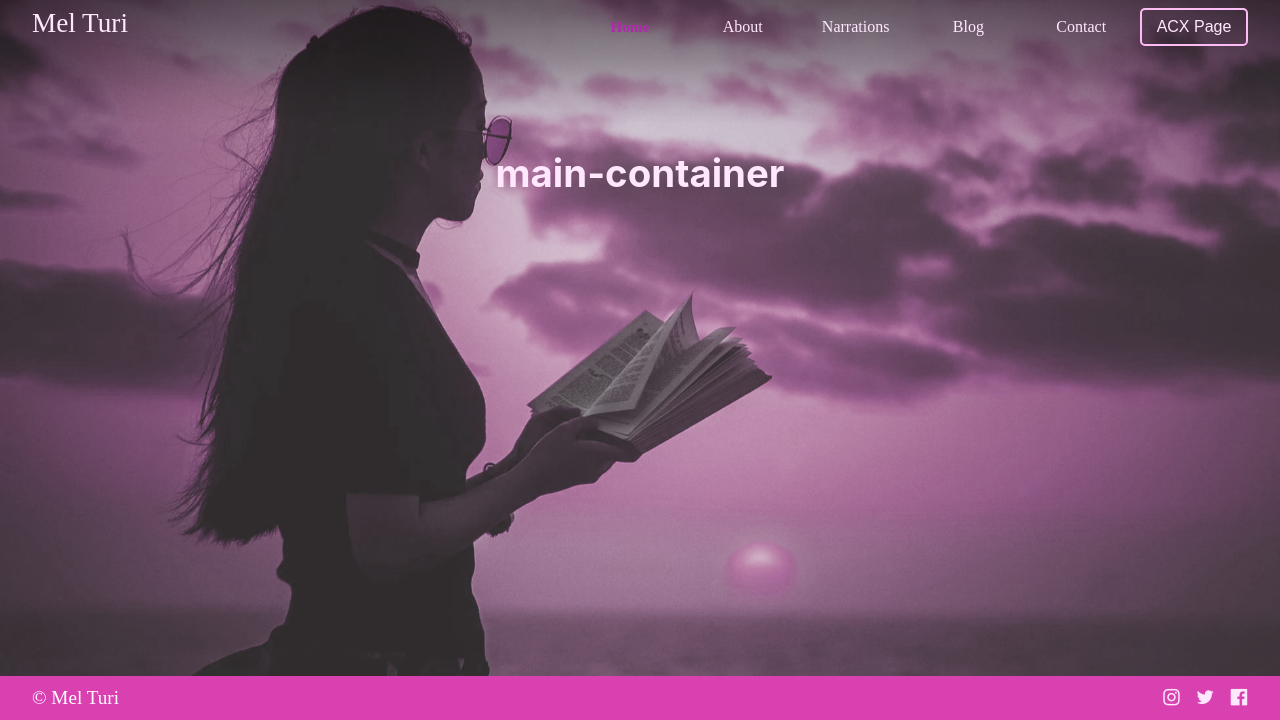
Repository: mel-turi/mel-turi-website
Page: /
These files come from the project's save history. The page is drawn as it stood at one moment and after the next save; the edit follows.
The browser window is 1280 px wide. The pictures show the whole page.
Some web fonts or font styles are not loaded; a fallback is used. The project was rebuilt for these pictures with package versions that can differ from the ones it lists, and the page was loaded fresh each time. Also part of the build but not shown: src/About.js, src/Narrations.js, src/Blog.js, src/Contact.js.

Above is the page before, as saved 2019-08-24 16:11:15.

### public/index.html
<!DOCTYPE html>
<html lang="en">
  <head>
    <meta charset="utf-8" />
    <link rel="apple-touch-icon" sizes="57x57" href="/apple-icon-57x57.png" />
    <link rel="apple-touch-icon" sizes="60x60" href="/apple-icon-60x60.png" />
    <link rel="apple-touch-icon" sizes="72x72" href="/apple-icon-72x72.png" />
    <link rel="apple-touch-icon" sizes="76x76" href="/apple-icon-76x76.png" />
    <link
      rel="apple-touch-icon"
      sizes="114x114"
      href="/apple-icon-114x114.png"
    />
    <link
      rel="apple-touch-icon"
      sizes="120x120"
      href="/apple-icon-120x120.png"
    />
    <link
      rel="apple-touch-icon"
      sizes="144x144"
      href="/apple-icon-144x144.png"
    />
    <link
      rel="apple-touch-icon"
      sizes="152x152"
      href="/apple-icon-152x152.png"
    />
    <link
      rel="apple-touch-icon"
      sizes="180x180"
      href="/apple-icon-180x180.png"
    />
    <link
      rel="icon"
      type="image/png"
      sizes="192x192"
      href="/android-icon-192x192.png"
    />
    <link rel="icon" type="image/png" sizes="32x32" href="/favicon-32x32.png" />
    <link rel="icon" type="image/png" sizes="96x96" href="/favicon-96x96.png" />
    <link rel="icon" type="image/png" sizes="16x16" href="/favicon-16x16.png" />
    <link rel="manifest" href="/manifest.json" />
    <meta name="msapplication-TileColor" content="#ffffff" />
    <meta name="msapplication-TileImage" content="/ms-icon-144x144.png" />
    <meta name="theme-color" content="#ffffff" />
    <meta name="viewport" content="width=device-width, initial-scale=1" />
    <meta name="description" content="Portfolio website for Mel Turi" />
    <link
      href="https://fonts.googleapis.com/css?family=Sail&display=swap"
      rel="stylesheet"
    />
    <link
      href="https://stackpath.bootstrapcdn.com/font-awesome/4.7.0/css/font-awesome.min.css"
      rel="stylesheet"
      integrity="sha384-wvfXpqpZZVQGK6TAh5PVlGOfQNHSoD2xbE+QkPxCAFlNEevoEH3Sl0sibVcOQVnN"
      crossorigin="anonymous"
    />
    <link rel="apple-touch-icon" href="logo192.png" />

    <link rel="manifest" href="%PUBLIC_URL%/manifest.json" />

    <title>Mel Turi | Audible Narrator</title>
  </head>
  <body>
    <noscript>You need to enable JavaScript to run this app.</noscript>
    <div id="root"></div>
  </body>
</html>

### src/index.css
:root {
  --light-primary-color: #ffe8fe;
  --light-secondary-color: #fffdff;
  --dark-primary-color: #d941b1;
  --dark-secondary-color: #b524b0;
}

body {
  text-decoration: none;
  text-decoration-color: none;
  margin: 0;
  padding: 0;
  font-family: -apple-system, BlinkMacSystemFont, 'Segoe UI', 'Roboto', 'Oxygen',
    'Ubuntu', 'Cantarell', 'Fira Sans', 'Droid Sans', 'Helvetica Neue',
    sans-serif;
  -webkit-font-smoothing: antialiased;
  -moz-osx-font-smoothing: grayscale;
}

body a {
  text-decoration: none;
  color: var(--light-primary-color);
  transition: 0.6s;
}

a:hover,
.active {
  font-weight: bold;
  font-size: 95%;
}

.active {
  color: var(--dark-secondary-color);
}

code {
  font-family: source-code-pro, Menlo, Monaco, Consolas, 'Courier New',
    monospace;
}

.wrapper {
  background: url(./assets/bg-main-1.png) no-repeat center center fixed;
  background-size: cover;
  z-index: 2;
  display: grid;
  grid-template-rows: auto 1fr auto;
  align-items: space-between;
  min-height: 100vh;
  overflow: auto;
}

/*
*
* Header
*
*/

.nav-wrapper {
  color: var(--light-primary-color);
  font-family: 'Sail', cursive;
  height: 15vh;
  display: grid;
  grid-template-columns: 1fr 6fr;
  align-items: start;
  justify-content: space-between;
  margin: 0;
  padding: 0.5rem 0 0.5rem 0;
  background: linear-gradient(
    rgba(0, 0, 0, 0.45),
    rgba(0, 0, 0, 0.35),
    rgba(0, 0, 0, 0.25),
    rgba(0, 0, 0, 0.1),
    rgba(0, 0, 0, 0)
  );
}

.title {
  font-size: 1.7rem;
  padding-left: 2rem;
  justify-self: start;
}
.main-navigation {
  color: var(--light-primary-color);
  justify-self: end;
  padding-right: 2rem;
}
.main-navigation > ul {
  display: grid;
  grid-template-columns: 1fr 1fr 1fr 1fr 1fr 1fr;
  grid-column-gap: 0.3rem;
  justify-items: center;
  align-items: center;
  margin: 0;
  padding: 0;
  list-style-type: none;
}

.button {
  font-family: Arial, Helvetica, sans-serif;
  font-size: 1rem;
  border: 2px solid #fdbcf4;
  border-radius: 5px;
  padding: 0.5rem 0.75rem 0.5rem 0.75rem;
  width: 5rem;
}
/*
*
* Main
*
*/

.main-container {
  color: var(--light-primary-color);
  font-family: -apple-system, BlinkMacSystemFont, 'Segoe UI', Roboto, Oxygen,
    Ubuntu, Cantarell, 'Open Sans', 'Helvetica Neue', sans-serif;
  font-size: 1.2rem;
}

/*
*
* Footer
*
*/

footer {
  bottom: 0;
  width: 100%;
  position: absolute;
  color: var(--light-secondary-color);
  font-family: 'Sail', cursive;
  font-size: 1.2rem;
  height: 5vh;
  display: grid;
  grid-template-columns: 1fr 1fr;
  align-items: center;
  justify-content: space-between;
  margin: 0;
  padding-top: 0.25rem;
  padding-bottom: 0.25rem;
  background: var(--dark-primary-color);
}
.social-footer {
  justify-self: end;
  padding-right: 2rem;
}
.social-footer > ul {
  display: grid;
  grid-template-columns: 1fr 1fr 1fr;
  grid-column-gap: 1rem;
  margin: 0;
  padding: 0;
  list-style-type: none;
}

.copyright {
  justify-self: start;
  padding-left: 2rem;
}

### src/App.js
import React from 'react';
import Footer from './Footer';
import Header from './Header';
import Main from './Main';
import About from './About';
import Narrations from './Narrations';
import Blog from './Blog';
import Contact from './Contact';
import './App.css';
import { BrowserRouter as Router, Switch, Route } from 'react-router-dom';

class App extends React.Component {
  constructor(props) {
    super();
    this.state = {
      page: '',
      containerpage: 'main-container',
      item1: {
        class: '',
        title: '',
        content: ''
      },
      item2: {
        class: ''
      },
      item3: {
        class: ''
      }
    };
    this.updateState = this.updateState.bind(this);
  }

  updateState(text) {
    this.setState({ text });
  }

  render() {
    return (
      <Router>
        <div className='App'>
          <div className='wrapper'>
            <Header />
            <Switch>
              <Route
                path='/'
                exact
                render={props => (
                  <Main
                    {...props}
                    page='home'
                    state={this.state}
                    updateState={this.updateState}
                  />
                )}
              />
              <Route
                path='/about'
                render={props => (
                  <About {...props} page='about' state={this.state} />
                )}
              />
              <Route
                path='/narrations'
                render={props => (
                  <Narrations {...props} page='narrations' state={this.state} />
                )}
              />
              <Route
                path='/blog'
                render={props => (
                  <Blog {...props} page='blog' state={this.state} />
                )}
              />
              <Route
                path='/contact'
                render={props => (
                  <Contact {...props} page='contact' state={this.state} />
                )}
              />
            </Switch>
            <Footer />
          </div>
        </div>
      </Router>
    );
  }
}

export default App;

### src/Footer.js
import React, { Component } from 'react';

export class Footer extends Component {
  render() {
    return (
      <footer className='footer'>
        <div className='copyright'>&copy; Mel Turi</div>
        <div className='social-footer'>
          <ul>
            <li>
              <a
                target='_blank'
                rel='noopener noreferrer'
                href='https://www.instagram.com/mel.turi'
              >
                <i className='fa fa-instagram'></i>
              </a>
            </li>
            <li>
              <a
                target='_blank'
                rel='noopener noreferrer'
                href='https://www.twitter.com/turimel'
              >
                <i className='fa fa-twitter'></i>
              </a>
            </li>

            <li>
              <a
                target='_blank'
                rel='noopener noreferrer'
                href='https://www.facebook.com/mel.turi.96'
              >
                <i className='fa fa-facebook-official'></i>
              </a>
            </li>
          </ul>
        </div>
      </footer>
    );
  }
}

export default Footer;

### src/Header.js
import React, { Component } from 'react';
import { NavLink } from 'react-router-dom';

export class Header extends Component {
  render() {
    return (
      <nav className='nav-wrapper'>
        <div className='title'>Mel Turi</div>
        <div className='main-navigation'>
          <ul>
            <li>
              <NavLink
                to={{
                  pathname: '/',
                  state: { page: 'home' }
                }}
                exact={true}
              >
                Home
              </NavLink>
            </li>
            <li>
              <NavLink
                to={{
                  pathname: '/about',
                  state: { page: 'about' }
                }}
              >
                About
              </NavLink>
            </li>
            <li>
              <NavLink to='/narrations'>Narrations</NavLink>
            </li>
            <li>
              <NavLink to='/blog'>Blog</NavLink>
            </li>
            <li>
              <NavLink to='/contact'>Contact</NavLink>
            </li>
            <div className='button nav-button'>
              <li>
                <a
                  target='_blank'
                  rel='noopener noreferrer'
                  href='https://www.acx.com/narrator?p=AI0XTZMVU6YKG'
                >
                  ACX Page
                </a>
              </li>
            </div>
          </ul>
        </div>
      </nav>
    );
  }
}

export default Header;

### src/Main.js
import React from 'react';
import Content from './Content';

const Main = props => {
  return <Content state={props.state} page={props.page} />;
};

export default Main;

### src/Content.js
import React from 'react';

class Content extends React.Component {
  constructor(props) {
    super();
  }

  componentDidMount() {
    if (this.props.page === 'about') {
      console.log(`Here I go killing again!`);
    } else {
      console.log('page', this.props);
    }
  }

  render() {
    return (
      <main className={this.props.state.containerpage}>
        <h1>{this.props.state.containerpage}</h1>
      </main>
    );
  }
}

export default Content;

Loaded but not shown: src/index.js (common file); src/App.css (common file)

After the next save:
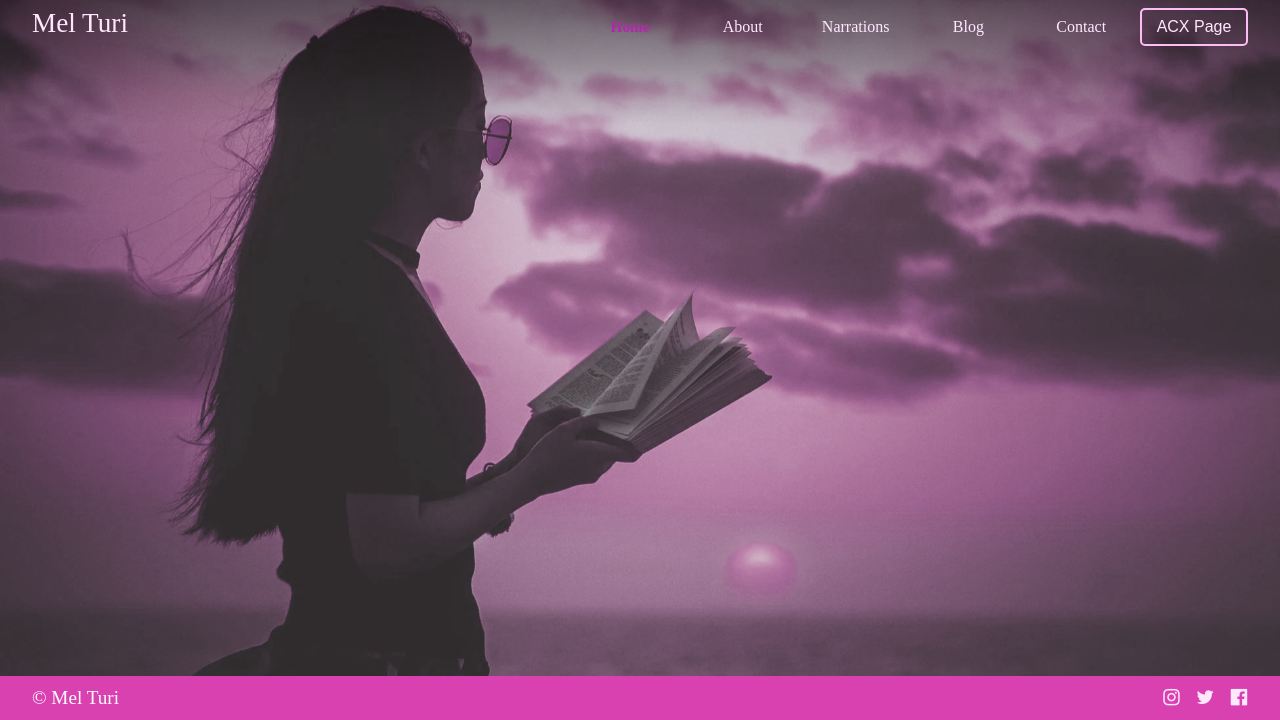
Saved 6 min 15 s later.
--- a/src/Content.js
+++ b/src/Content.js
@@ -5,18 +5,30 @@
     super();
   }
 
-  componentDidMount() {
-    if (this.props.page === 'about') {
-      console.log(`Here I go killing again!`);
-    } else {
-      console.log('page', this.props);
+  content() {
+    switch (this.props.page) {
+      case about:
+        text = 'about from case';
+        break;
+      case narration:
+        text = 'narration from case';
+        break;
+      case blog:
+        text = 'blog from case';
+        break;
+      case contact:
+        text = 'contact from case';
+        break;
+      default:
+        text = 'home from case';
+        break;
     }
   }
 
   render() {
     return (
       <main className={this.props.state.containerpage}>
-        <h1>{this.props.state.containerpage}</h1>
+        <h1>{this.content}</h1>
       </main>
     );
   }

After the save that followed:
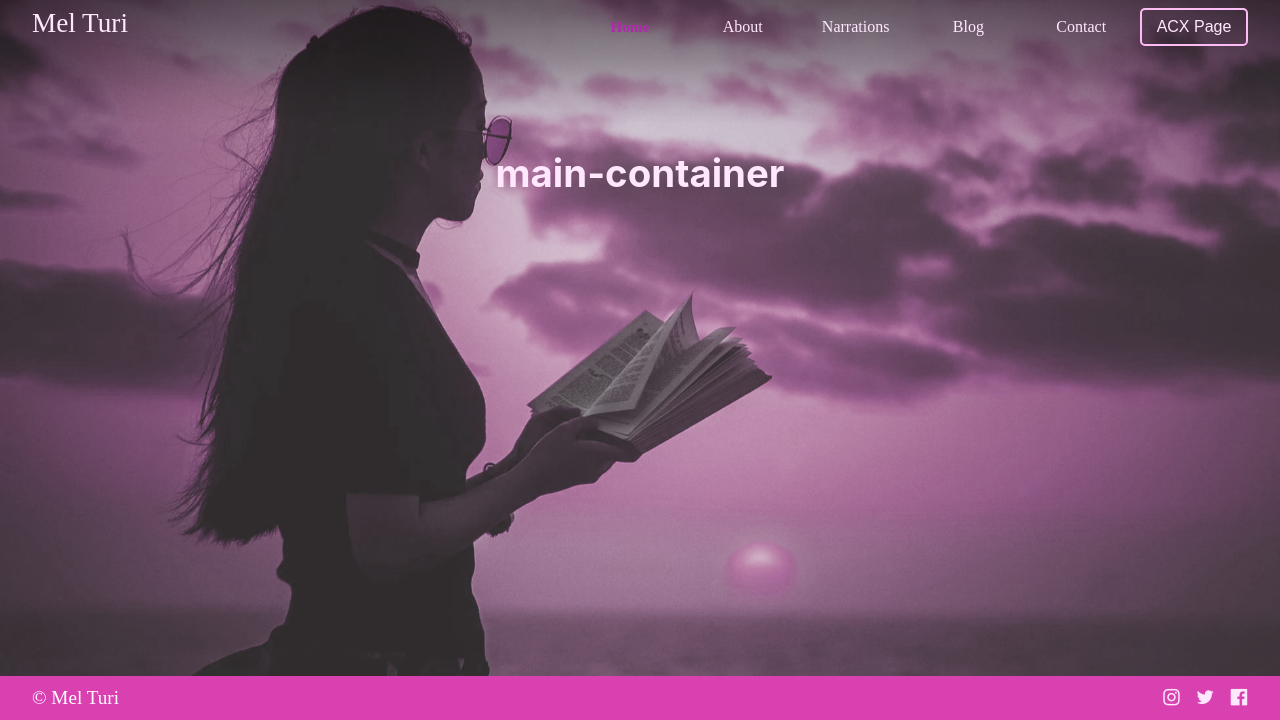
Saved 100 s later.
--- a/src/Content.js
+++ b/src/Content.js
@@ -5,30 +5,18 @@
     super();
   }
 
-  content() {
-    switch (this.props.page) {
-      case about:
-        text = 'about from case';
-        break;
-      case narration:
-        text = 'narration from case';
-        break;
-      case blog:
-        text = 'blog from case';
-        break;
-      case contact:
-        text = 'contact from case';
-        break;
-      default:
-        text = 'home from case';
-        break;
+  componentDidMount() {
+    if (this.props.page === 'about') {
+      console.log(`Here I go killing again!`);
+    } else {
+      console.log('page', this.props);
     }
   }
 
   render() {
     return (
       <main className={this.props.state.containerpage}>
-        <h1>{this.content}</h1>
+        <h1>{this.props.state.containerpage}</h1>
       </main>
     );
   }
